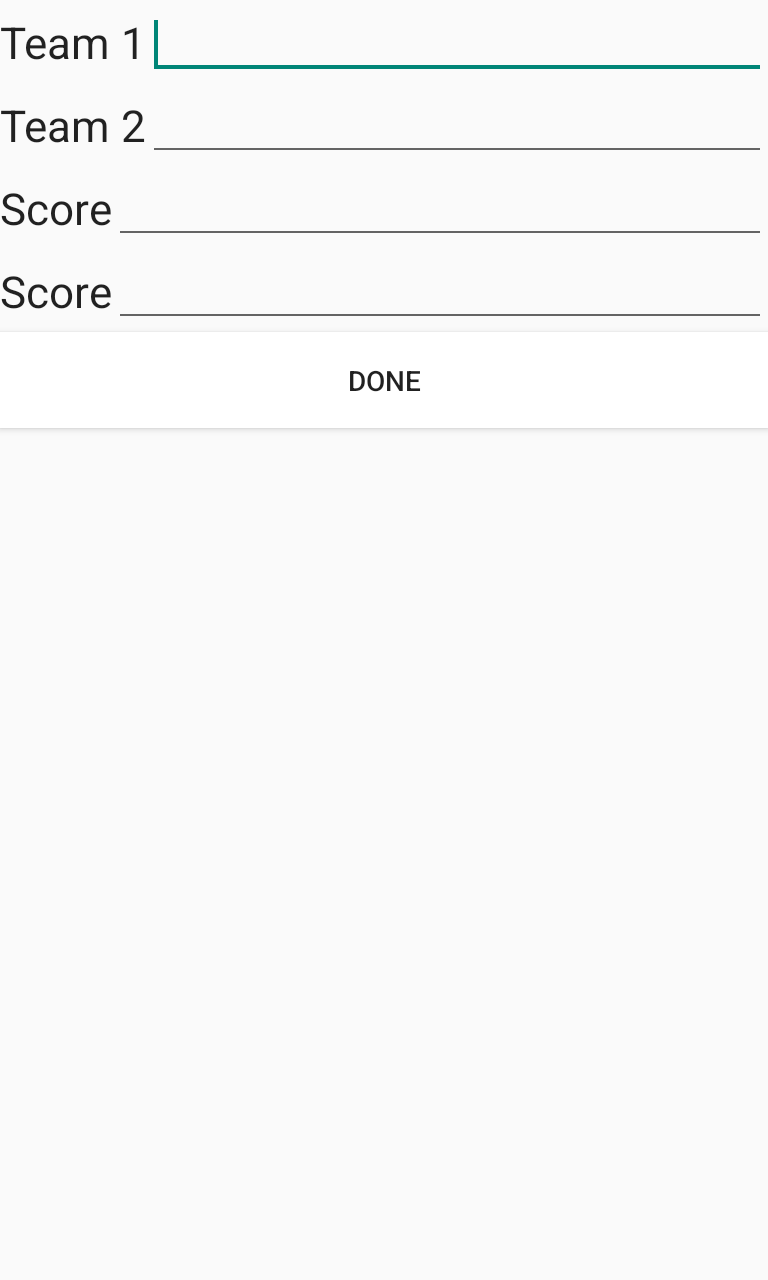
Repository: charlesweng/school
Layout: simpleandroidapps/GettingToKnowUIActivities/charleswengScoringProject/charleswengScoring/res/layout/fragment_teamdialog.xml
An editor plug-in stored every save of this project. The layout is shown before and after the next save, followed by the edit.
It is drawn on a 768 x 1280 px phone screen (xhdpi) without system bars, with theme AppTheme; the app's code is not run.

Above is the layout before, as saved 2014-04-26 08:44:56.

After the next save:
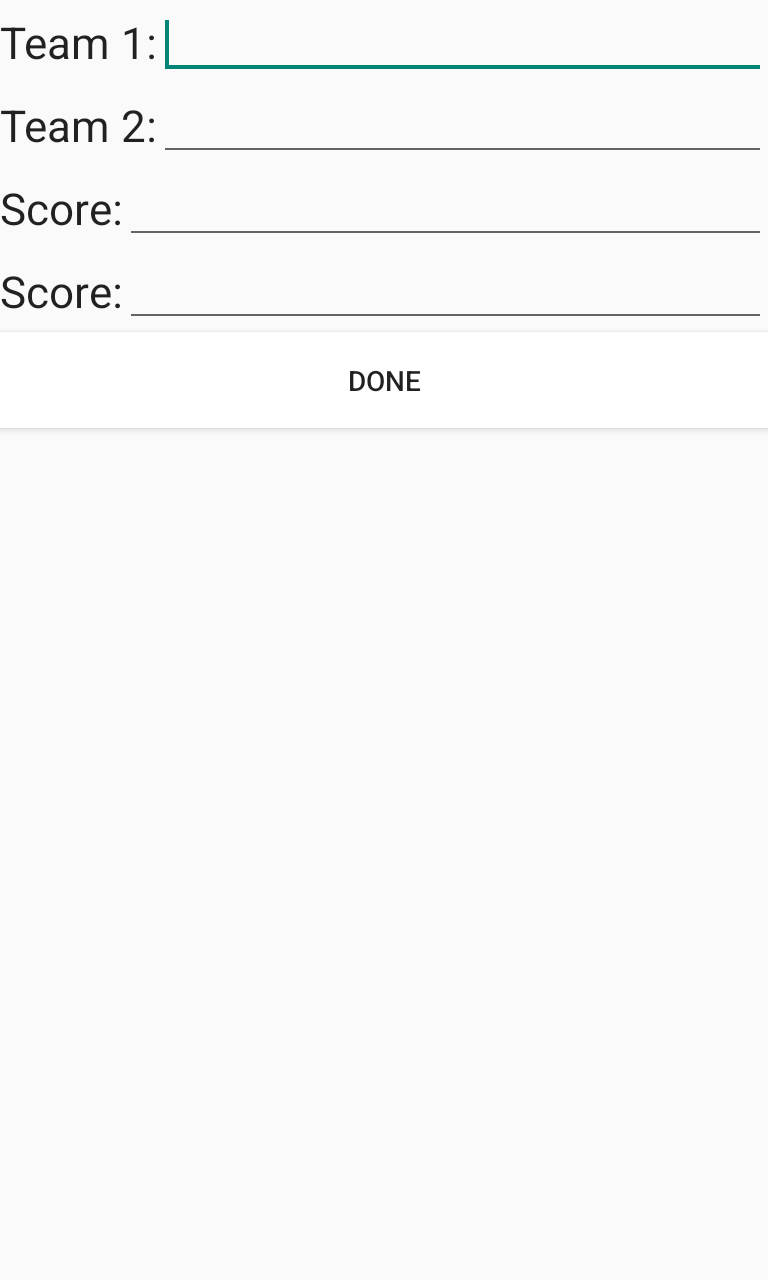
Saved 44 s later.
--- a/simpleandroidapps/GettingToKnowUIActivities/charleswengScoringProject/charleswengScoring/res/values/strings.xml
+++ b/simpleandroidapps/GettingToKnowUIActivities/charleswengScoringProject/charleswengScoring/res/values/strings.xml
@@ -7,11 +7,11 @@
     <string name="enter_date">Enter Date</string>
     <string name="date">Date</string>
     <string name="enter_game">Enter Game</string>
-    <string name="team_1">Team 1</string>
-    <string name="team_2">Team 2</string>
+    <string name="team_1">Team 1:</string>
+    <string name="team_2">Team 2:</string>
     <string name="zero">0</string>
     <string name="next_game">Next Game</string>
     <string name="title_activity_date_picker">DatePicker</string>
 	<string name="done">Done</string>
-	<string name="score">Score</string>
+	<string name="score">Score:</string>
 </resources>

After the save that followed:
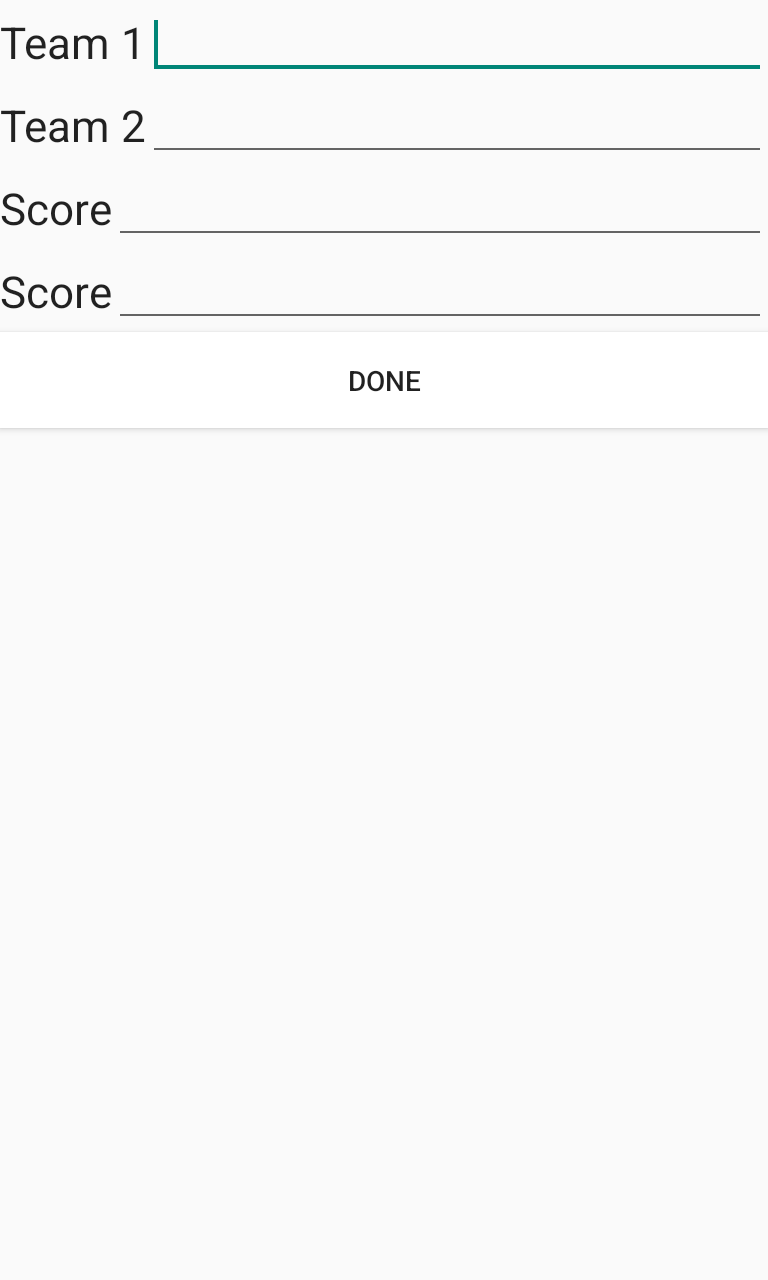
Saved 4 s later.
--- a/simpleandroidapps/GettingToKnowUIActivities/charleswengScoringProject/charleswengScoring/res/values/strings.xml
+++ b/simpleandroidapps/GettingToKnowUIActivities/charleswengScoringProject/charleswengScoring/res/values/strings.xml
@@ -7,11 +7,11 @@
     <string name="enter_date">Enter Date</string>
     <string name="date">Date</string>
     <string name="enter_game">Enter Game</string>
-    <string name="team_1">Team 1:</string>
-    <string name="team_2">Team 2:</string>
+    <string name="team_1">Team 1</string>
+    <string name="team_2">Team 2</string>
     <string name="zero">0</string>
     <string name="next_game">Next Game</string>
     <string name="title_activity_date_picker">DatePicker</string>
 	<string name="done">Done</string>
-	<string name="score">Score:</string>
+	<string name="score">Score</string>
 </resources>
